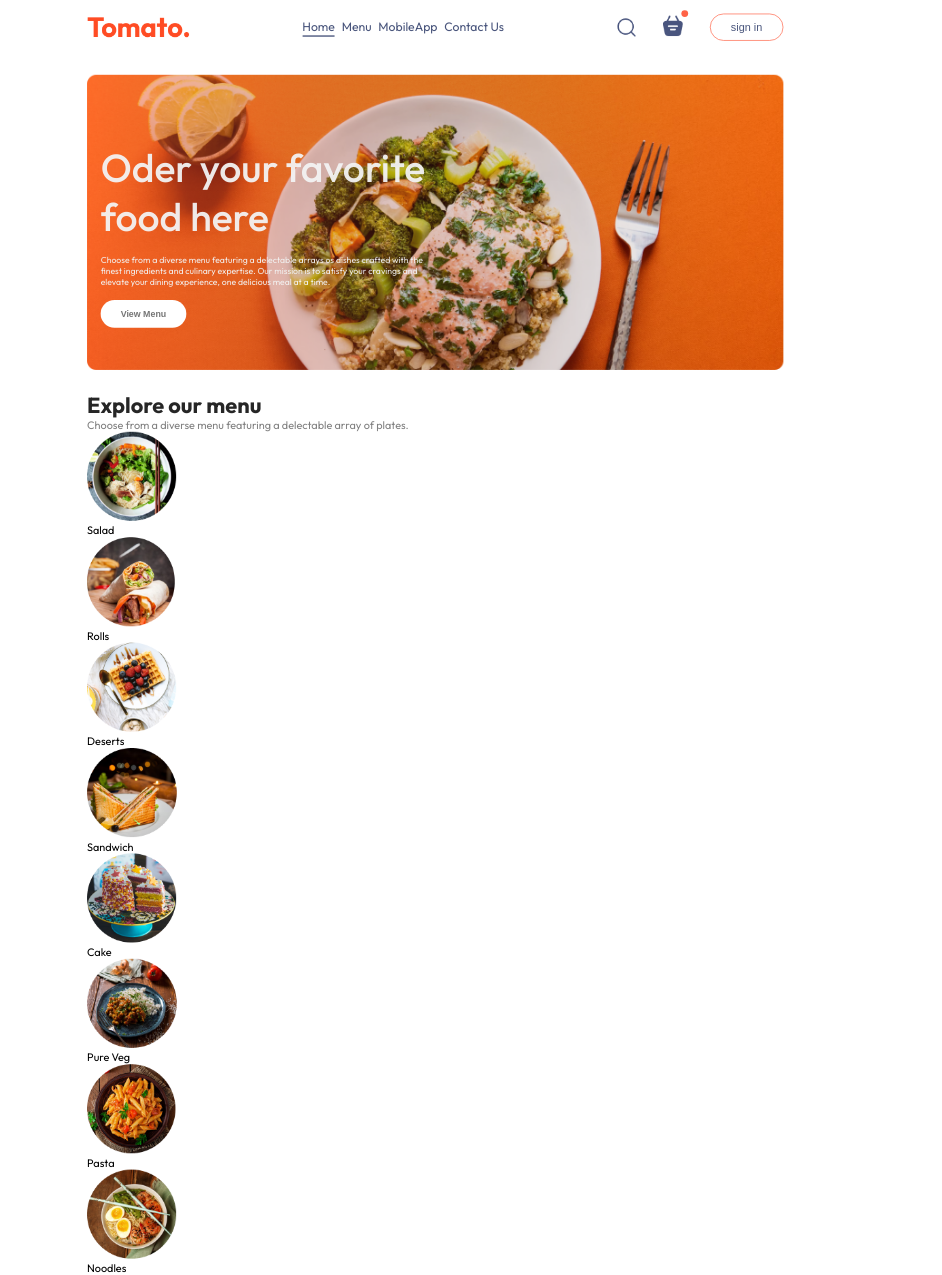
Repository: guilhermecardoso93/tomato-front-end
Page: /, after clicking the first element matching `button`
These files come from the project's save history. The page is drawn as it stood at one moment and after the next save; the edit follows.
The browser window is 1280 px wide. The page is 1280 px wide, then 1385 px, so the pictures cover 1385 px, including what lies to the right of the window. The pictures show the whole page, at 68% of full size.
The project was rebuilt for these pictures with package versions that can differ from the ones it lists, and the page was loaded fresh each time. Also part of the build but not shown: vite.config.js, src/pages/Cart/styles.css, src/pages/Cart/index.jsx, src/pages/PlaceOrder/styles.css, src/pages/PlaceOrder/index.jsx.

Above is the page before, as saved 2024-10-29 20:51:37.

After the next save:
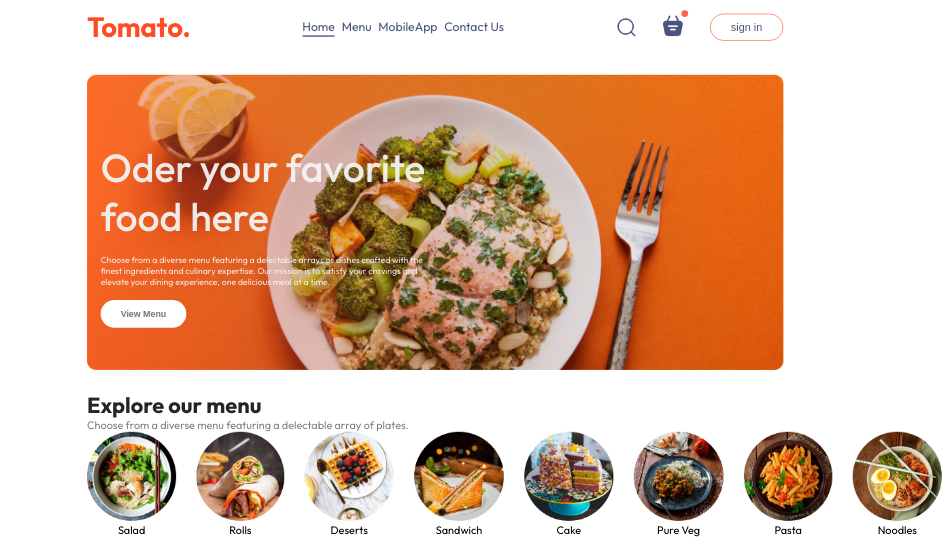
Saved 28 s later.
--- a/src/components/ExplorerMenu/styles.css
+++ b/src/components/ExplorerMenu/styles.css
@@ -12,3 +12,11 @@
   max-width: 60%;
   color: #808080;
 }
+
+.explore-menu-list {
+  display: flex;
+  justify-content: space-between;
+  align-items: center;
+  gap: 30px;
+  text-align: center;
+}
